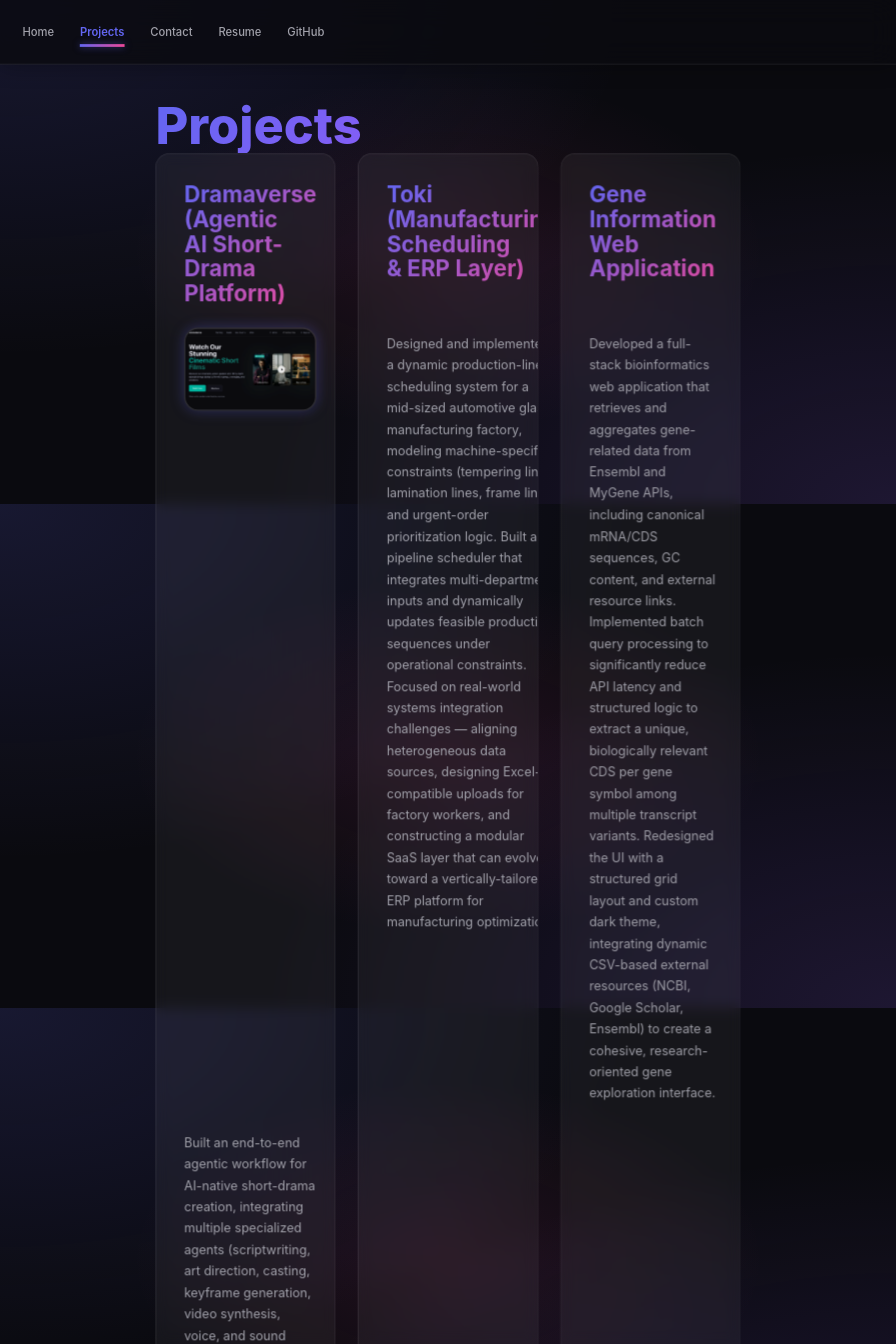
Repository: SummerZ27/personal-website
Page: projects/index.html
The author's editor kept a copy of each file at every save. The page is drawn from the files as they stood at one save, then again after the next save.
The browser window is 1280 px wide. The pictures show the part of the page from y = 0 to 1920 px (the page is 4352 px tall before and 3215 px after), at 70% of full size.
Backgrounds fixed to the window are drawn as part of the page.

Above is the page before, as saved 2026-02-13 13:36:00.

### projects/index.html
<!DOCTYPE html>
<html lang="en">
<head>
    <meta charset="UTF-8">
    <meta name="viewport" content="width=device-width, initial-scale=1.0">
    <title>Projects - Summer Zhou</title>
    <link rel="stylesheet" href="../style.css">
</head>
<body>
    <nav>
        <a href="../index.html">Home</a>
        <a href="index.html" class="current">Projects</a>
        <a href="../contact/index.html">Contact</a>
        <a href="../files/resume.pdf" target="_blank">Resume</a>
        <a href="https://github.com/SummerZ27" target="_blank">GitHub</a>
    </nav>

    <main>
        <h1>Projects</h1>

        <div class="projects">
        <section>
        <h2>Dramaverse (Agentic AI Short-Drama Platform)</h2>
        <img src="../images/dramaverse.png" alt="Dramaverse AI Short-Drama Platform interface">
        <p>Built an end-to-end agentic workflow for AI-native short-drama creation, integrating multiple specialized agents (scriptwriting, art direction, casting, keyframe generation, video synthesis, voice, and sound design) into a coherent production pipeline. Developed LoRA-based character consistency training (60+ curated images per character) to preserve identity across scenes, and experimented with ControlNet, depth conditioning, and high-resolution generation workflows on GPU clusters (RunPod). Focused on solving core challenges in AI video generation — consistent faces, cinematic camera motion, lighting realism, and natural lip-sync — aiming to move beyond "AI-slop" toward scalable, studio-quality storytelling.</p>
    </section>

    <section>
        <h2>Toki (Manufacturing Scheduling & ERP Layer)</h2>
        <p>Designed and implemented a dynamic production-line scheduling system for a mid-sized automotive glass manufacturing factory, modeling machine-specific constraints (tempering lines, lamination lines, frame lines) and urgent-order prioritization logic. Built a pipeline scheduler that integrates multi-department inputs and dynamically updates feasible production sequences under operational constraints. Focused on real-world systems integration challenges — aligning heterogeneous data sources, designing Excel-compatible uploads for factory workers, and constructing a modular SaaS layer that can evolve toward a vertically-tailored ERP platform for manufacturing optimization.</p>
    </section>

    <section>
        <h2>Gene Information Web Application</h2>
        <p>Developed a full-stack bioinformatics web application that retrieves and aggregates gene-related data from Ensembl and MyGene APIs, including canonical mRNA/CDS sequences, GC content, and external resource links. Implemented batch query processing to significantly reduce API latency and structured logic to extract a unique, biologically relevant CDS per gene symbol among multiple transcript variants. Redesigned the UI with a structured grid layout and custom dark theme, integrating dynamic CSV-based external resources (NCBI, Google Scholar, Ensembl) to create a cohesive, research-oriented gene exploration interface.</p>
    </section>

    <section>
        <h2>Time Series Forecasting via Modified Transformer Attention Mechanism</h2>
        <p>Conducted research on hierarchical revenue forecasting for a medical device company, replacing standard Transformer attention with a modified attention-on-attention mechanism to better capture multi-level temporal dependencies and cross-series coherence. Experimented with linear models, LSTMs, and baseline Transformers before introducing architectural changes that reweighted temporal features and enforced hierarchical consistency through customized loss functions (MSE, weighted aggregation loss). Evaluated performance across granular revenue levels, focusing on improving long-horizon forecast stability and ratio alignment across product hierarchies.</p>
    </section>
        </div>
    </main>
</body>
</html>

### style.css
/* Modern CSS Reset & Base Styles */
* {
    margin: 0;
    padding: 0;
    box-sizing: border-box;
}

:root {
    --primary-color: #6366f1;
    --secondary-color: #8b5cf6;
    --accent-color: #ec4899;
    --bg-dark: #0a0a0f;
    --bg-card: rgba(255, 255, 255, 0.05);
    --text-primary: #ffffff;
    --text-secondary: #a1a1aa;
    --border-color: rgba(255, 255, 255, 0.1);
    --shadow-glow: 0 0 20px rgba(99, 102, 241, 0.3);
}

body {
    font-family: -apple-system, BlinkMacSystemFont, 'Segoe UI', 'Roboto', 'Oxygen', 'Ubuntu', 'Cantarell', sans-serif;
    font-size: 18px;
    line-height: 1.7;
    color: var(--text-primary);
    background: var(--bg-dark);
    background-image:
        radial-gradient(at 0% 0%, rgba(99, 102, 241, 0.15) 0px, transparent 50%),
        radial-gradient(at 100% 100%, rgba(139, 92, 246, 0.15) 0px, transparent 50%),
        radial-gradient(at 50% 50%, rgba(236, 72, 153, 0.1) 0px, transparent 50%);
    background-attachment: fixed;
    min-height: 100vh;
    padding: 0;
    margin: 0;
    overflow-x: hidden;
    scroll-behavior: smooth;
}

/* Animated background particles effect */
body::before {
    content: '';
    position: fixed;
    top: 0;
    left: 0;
    width: 100%;
    height: 100%;
    background-image:
        radial-gradient(2px 2px at 20% 30%, rgba(99, 102, 241, 0.3), transparent),
        radial-gradient(2px 2px at 60% 70%, rgba(139, 92, 246, 0.3), transparent),
        radial-gradient(1px 1px at 50% 50%, rgba(236, 72, 153, 0.3), transparent),
        radial-gradient(1px 1px at 80% 10%, rgba(99, 102, 241, 0.2), transparent),
        radial-gradient(2px 2px at 90% 80%, rgba(139, 92, 246, 0.2), transparent);
    background-size: 200% 200%;
    animation: particleMove 20s ease-in-out infinite;
    pointer-events: none;
    z-index: 0;
    opacity: 0.6;
}

@keyframes particleMove {
    0%, 100% { background-position: 0% 0%, 100% 100%, 50% 50%, 80% 10%, 90% 80%; }
    50% { background-position: 100% 0%, 0% 100%, 50% 50%, 20% 90%, 10% 20%; }
}

/* Main content wrapper */
body > * {
    position: relative;
    z-index: 1;
}

/* Navigation Styles */
nav {
    background: rgba(10, 10, 15, 0.8);
    backdrop-filter: blur(20px);
    border-bottom: 1px solid var(--border-color);
    padding: 1.5rem 2rem;
    margin-bottom: 0;
    position: sticky;
    top: 0;
    z-index: 100;
    box-shadow: 0 4px 30px rgba(0, 0, 0, 0.3);
    max-width: 100%;
}

nav a {
    display: inline-block;
    margin-right: 2rem;
    text-decoration: none;
    color: var(--text-secondary);
    font-weight: 500;
    font-size: 1rem;
    position: relative;
    transition: all 0.3s ease;
    padding: 0.5rem 0;
}

nav a::after {
    content: '';
    position: absolute;
    bottom: 0;
    left: 0;
    width: 0;
    height: 2px;
    background: linear-gradient(90deg, var(--primary-color), var(--accent-color));
    transition: all 0.3s ease;
}

/* Current page styling */
nav a.current {
    color: var(--primary-color);
    font-weight: 600;
}

nav a.current::after {
    width: 100%;
    height: 4px;
    background: linear-gradient(90deg, var(--primary-color), var(--accent-color));
    box-shadow: 0 0 10px rgba(99, 102, 241, 0.5);
}

/* Hover effects for non-current links */
nav a:not(.current):hover {
    color: var(--text-primary);
    transform: translateY(-2px);
}

nav a:not(.current):hover::after {
    width: 100%;
    height: 3px;
    box-shadow: 0 0 8px rgba(99, 102, 241, 0.4);
}

/* Hover effect for current page (subtle) */
nav a.current:hover {
    color: var(--accent-color);
    transform: translateY(-1px);
}

nav a.current:hover::after {
    height: 4px;
    box-shadow: 0 0 15px rgba(236, 72, 153, 0.6);
}

/* Container */
main {
    max-width: 900px;
    margin: 0 auto;
    padding: 3rem 2rem 2rem 2rem;
}

/* Header Section */
.header-section {
    display: flex;
    align-items: center;
    justify-content: space-between;
    gap: 2rem;
    margin-bottom: 2rem;
    flex-wrap: wrap;
}

/* Typography */
h1, h2, h3, h4, h5, h6 {
    line-height: 1.1;
    text-wrap: balance;
}

h1 {
    font-size: 400%;
    font-weight: 800;
    background: linear-gradient(135deg, var(--primary-color), var(--secondary-color), var(--accent-color));
    -webkit-background-clip: text;
    -webkit-text-fill-color: transparent;
    background-clip: text;
    margin-bottom: 0;
    animation: fadeInUp 0.8s ease;
    flex: 1;
    min-width: 300px;
}

h2 {
    font-size: 2rem;
    font-weight: 700;
    color: var(--text-primary);
    margin-bottom: 1rem;
    background: linear-gradient(135deg, var(--primary-color), var(--accent-color));
    -webkit-background-clip: text;
    -webkit-text-fill-color: transparent;
    background-clip: text;
}

h3 {
    font-size: 1.5rem;
    font-weight: 600;
    color: var(--text-primary);
    margin-bottom: 0.75rem;
}

p {
    color: var(--text-secondary);
    margin-bottom: 1.5rem;
    animation: fadeIn 1s ease;
}

/* Image Styles */
img {
    max-width: 100%;
    width: 100%;
    height: auto;
    border-radius: 20px;
    box-shadow: var(--shadow-glow);
    margin: 0;
    transition: all 0.4s ease;
    border: 2px solid var(--border-color);
    animation: fadeInScale 1s ease;
    flex-shrink: 0;
}

.header-section img {
    max-width: 350px;
}

img:hover {
    transform: scale(1.05) rotate(2deg);
    box-shadow: 0 0 40px rgba(99, 102, 241, 0.5);
}

/* Section Styles */
section {
    background: var(--bg-card);
    backdrop-filter: blur(10px);
    border: 1px solid var(--border-color);
    border-radius: 20px;
    padding: 2.5rem;
    margin-bottom: 2rem;
    transition: all 0.4s ease;
    position: relative;
    overflow: hidden;
    animation: fadeInUp 0.6s ease;
}

section::before {
    content: '';
    position: absolute;
    top: 0;
    left: -100%;
    width: 100%;
    height: 100%;
    background: linear-gradient(90deg, transparent, rgba(99, 102, 241, 0.1), transparent);
    transition: left 0.5s ease;
}

section:hover {
    transform: translateY(-5px);
    border-color: var(--primary-color);
    box-shadow: 0 10px 40px rgba(99, 102, 241, 0.2);
}

section:hover::before {
    left: 100%;
}

section h2 {
    margin-top: 0;
    margin-bottom: 0;
}

/* Projects Grid Layout */
.projects {
    display: grid;
    grid-template-columns: repeat(auto-fill, minmax(250px, 1fr));
    gap: 2rem;
}

.projects section {
    display: grid;
    grid-template-rows: subgrid;
    grid-row: span 3;
    margin-bottom: 0;
}

.projects section img {
    margin-bottom: 0.5rem;
}

.projects section p {
    margin-top: 0.5rem;
    margin-bottom: 0;
}

/* Article Styles */
article {
    margin-bottom: 2rem;
    padding: 1.5rem;
    background: rgba(255, 255, 255, 0.02);
    border-radius: 15px;
    border-left: 3px solid var(--primary-color);
    transition: all 0.3s ease;
}

article:hover {
    background: rgba(255, 255, 255, 0.05);
    transform: translateX(5px);
}

/* List Styles */
ul {
    list-style: none;
    padding-left: 0;
}

ul li {
    padding: 0.75rem 0;
    padding-left: 1.5rem;
    position: relative;
    color: var(--text-secondary);
}

ul li::before {
    content: '▹';
    position: absolute;
    left: 0;
    color: var(--primary-color);
    font-weight: bold;
}

/* Form Styles */
form {
    display: grid;
    grid-template-columns: auto 1fr;
    gap: 1em;
    background: var(--bg-card);
    backdrop-filter: blur(10px);
    border: 1px solid var(--border-color);
    border-radius: 20px;
    padding: 2.5rem;
    margin-top: 2rem;
    animation: fadeInUp 0.6s ease;
}

label {
    display: grid;
    grid-template-columns: subgrid;
    grid-column: 1 / -1;
    color: var(--text-primary);
    font-weight: 500;
    font-size: 1rem;
    align-items: center;
}

input[type="email"],
input[type="text"],
textarea {
    width: 100%;
    padding: 1rem;
    background: rgba(255, 255, 255, 0.05);
    border: 2px solid var(--border-color);
    border-radius: 10px;
    color: var(--text-primary);
    font-size: 1rem;
    font-family: inherit;
    transition: all 0.3s ease;
}

input[type="email"]:focus,
input[type="text"]:focus,
textarea:focus {
    outline: none;
    border-color: var(--primary-color);
    background: rgba(255, 255, 255, 0.08);
    box-shadow: 0 0 20px rgba(99, 102, 241, 0.3);
    transform: translateY(-2px);
}

textarea {
    min-height: 150px;
    resize: vertical;
}

button {
    grid-column: 1 / -1;
    background: linear-gradient(135deg, var(--primary-color), var(--secondary-color));
    color: white;
    border: none;
    padding: 1rem 2.5rem;
    font-size: 1.1rem;
    font-weight: 600;
    border-radius: 10px;
    cursor: pointer;
    transition: all 0.3s ease;
    box-shadow: 0 4px 15px rgba(99, 102, 241, 0.4);
    text-transform: uppercase;
    letter-spacing: 1px;
    justify-self: start;
}

button:hover {
    transform: translateY(-3px);
    box-shadow: 0 6px 25px rgba(99, 102, 241, 0.6);
    background: linear-gradient(135deg, var(--secondary-color), var(--accent-color));
}

button:active {
    transform: translateY(-1px);
}

/* Time element */
time {
    color: var(--accent-color);
    font-weight: 500;
    font-style: normal;
}

/* Animations */
@keyframes fadeIn {
    from {
        opacity: 0;
    }
    to {
        opacity: 1;
    }
}

@keyframes fadeInUp {
    from {
        opacity: 0;
        transform: translateY(30px);
    }
    to {
        opacity: 1;
        transform: translateY(0);
    }
}

@keyframes fadeInScale {
    from {
        opacity: 0;
        transform: scale(0.9);
    }
    to {
        opacity: 1;
        transform: scale(1);
    }
}

/* Stagger animations for sections */
section:nth-child(1) { animation-delay: 0.1s; }
section:nth-child(2) { animation-delay: 0.2s; }
section:nth-child(3) { animation-delay: 0.3s; }
section:nth-child(4) { animation-delay: 0.4s; }

/* Responsive Design */
@media (max-width: 768px) {
    body {
        padding: 1rem;
    }

    nav {
        padding: 1rem;
        text-align: center;
    }

    nav a {
        display: block;
        margin: 0.5rem 0;
        margin-right: 0;
    }

    .header-section {
        flex-direction: column;
        align-items: flex-start;
    }

    h1 {
        font-size: 2.5rem;
        margin-bottom: 1.5rem;
    }

    .header-section img {
        max-width: 300px;
        align-self: center;
    }

    h2 {
        font-size: 1.5rem;
    }

    section {
        padding: 1.5rem;
    }

    img {
        max-width: 100%;
    }
}

/* Scrollbar Styling */
::-webkit-scrollbar {
    width: 10px;
}

::-webkit-scrollbar-track {
    background: var(--bg-dark);
}

::-webkit-scrollbar-thumb {
    background: linear-gradient(180deg, var(--primary-color), var(--accent-color));
    border-radius: 5px;
}

::-webkit-scrollbar-thumb:hover {
    background: linear-gradient(180deg, var(--secondary-color), var(--primary-color));
}

After the next save:
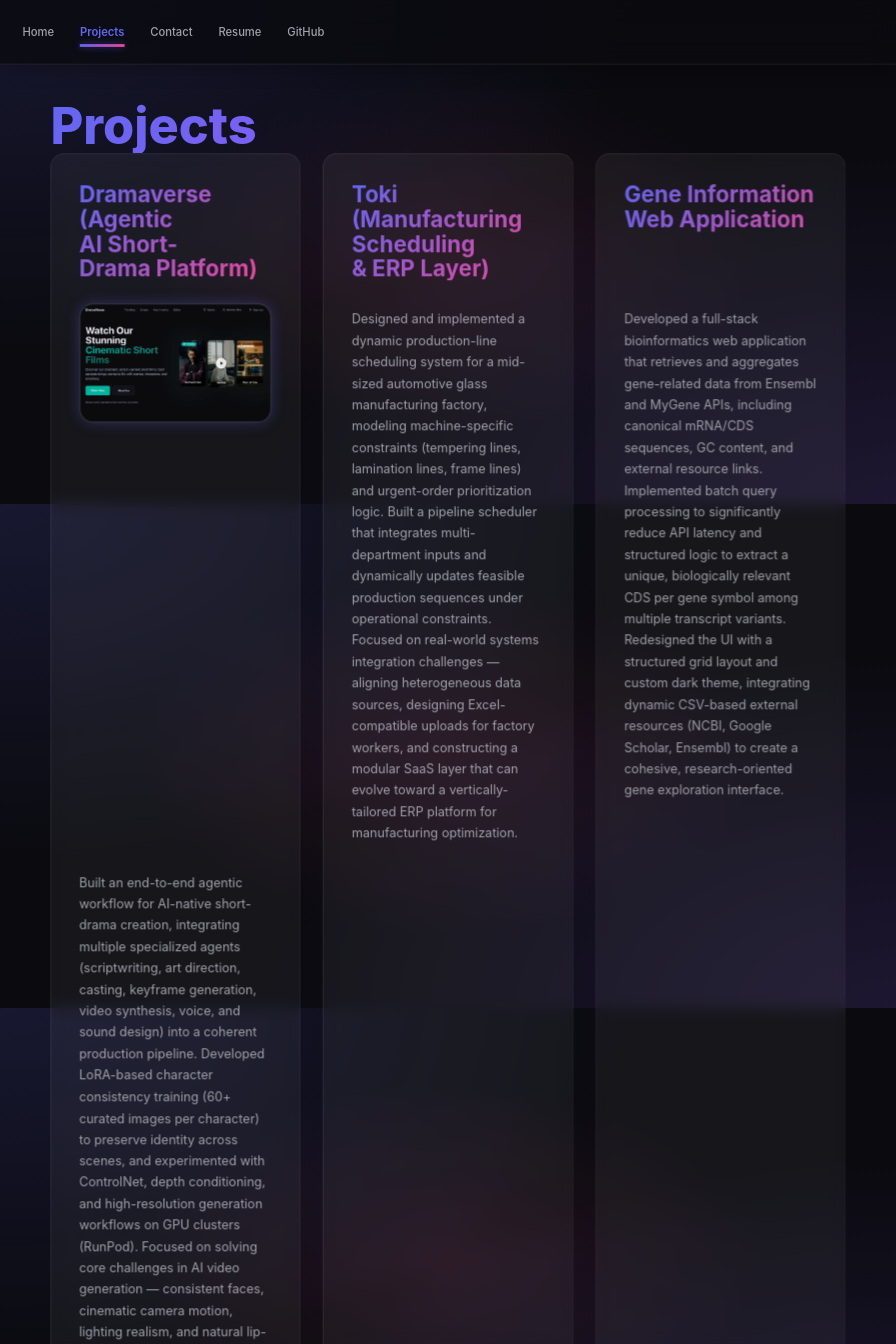
Saved 62 s later.
--- a/style.css
+++ b/style.css
@@ -142,7 +142,7 @@ nav a.current:hover::after {
 
 /* Container */
 main {
-    max-width: 900px;
+    max-width: 1200px;
     margin: 0 auto;
     padding: 3rem 2rem 2rem 2rem;
 }
@@ -266,7 +266,7 @@ section h2 {
 /* Projects Grid Layout */
 .projects {
     display: grid;
-    grid-template-columns: repeat(auto-fill, minmax(250px, 1fr));
+    grid-template-columns: repeat(auto-fit, minmax(280px, 1fr));
     gap: 2rem;
 }
 
